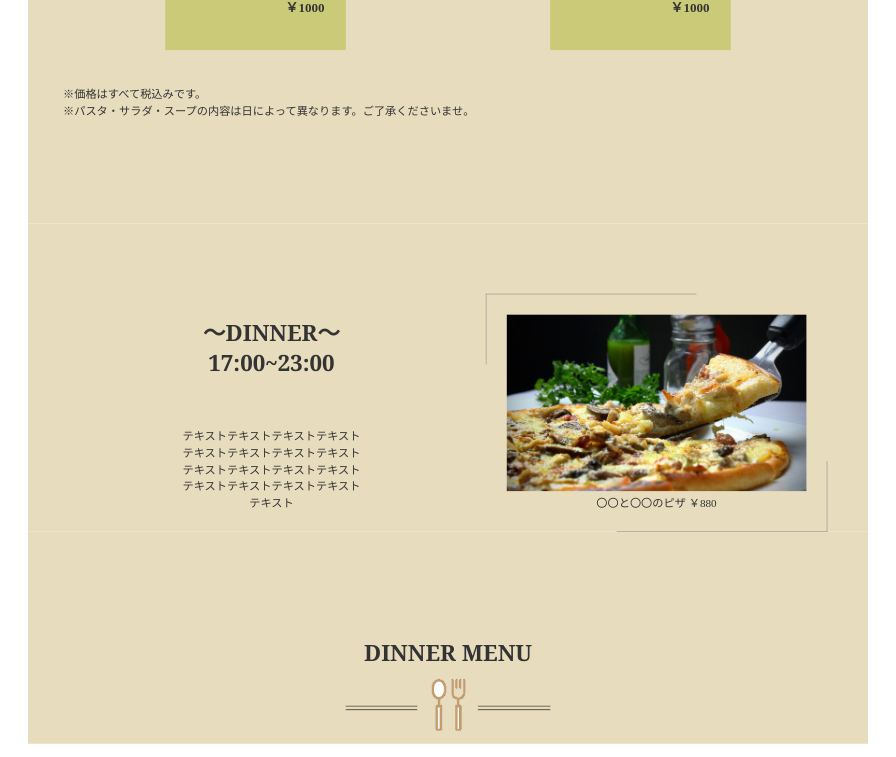
Repository: konatsu-0806/demo-site
Page: FromFigma/index.html
An editor plug-in stored every save of this project. The page is shown before and after the next save, followed by the edit.
The browser window is 1280 px wide. The pictures show the part of the page from y = 2581 to 4501 px (the page is 3662 px tall before and 4501 px after), at 70% of full size.

Above is the page before, as saved 2023-02-13 16:55:17.

### FromFigma/index.html
<!DOCTYPE html>
<html lang="ja">

<head>
  <meta charset="UTF-8">
  <meta name="viewport" content="width=device-width, initial-scale=1.0">
  <meta http-equiv="X-UA-Compatible" content="ie=edge">
  <link rel="stylesheet" href="css/style.css">
  <title>demosite</title>
</head>

<body>
  <header class="header_bg">
    <div class="header_contents">
      <h1>Restaurant</h1>
      <div class="responsive_btn">
        <div class="menu_line"></div>
        <div class="menu_line"></div>
        <div class="menu_line"></div>
      </div>
      <nav class="header_nav">
        <ul class="header_nav_lists">
          <li><a class="nav_link" href="">HOME</a></li>
          <li><a class="nav_link" href="">LUNCH</a></li>
          <li><a class="nav_link" href="">DINNER</a></li>
          <li><a class="nav_link" href="">ACCESS</a></li>
          <li><a class="nav_link" href="">CONTACT</a></li>
        </ul>
      </nav>
    </div>
  </header>
  <script src="js/master.js"></script>

  <div class="main_visual">
   <img src="img/mgg-vitchakorn-98Xi5vMGKck-unsplash.jpg" alt="">
  </div>

  <div class="intro_bg">
    <div class="intro_contents">
        <div class="intro_img">
            <img src="img/pratik-gupta-gyt0s3wR1YM-unsplash.jpg" alt="">
        </div>
        <div class="intro_sentence">
            <p class="text-center">
              イタリアンレストラン「〇<br />
              〇（店名）」は令和2年3月<br />
              に〇〇（所在）にてオープン<br />
              いたしました。
            </p>
            <p class="text-center">
              当店の自慢はなんといって<br />
              もシェフこだわりの生パスタ<br />
              でございます。<br />
            </p>
            <p class="text-center">
              生パスタは水分が多く含ま<br />
              れており、もちもちとした食<br />
              感が特徴的で、本場イタリア<br />
              でよく食べられているパスタ<br />
              です。
            </p>
            <p class="text-center">
              本場イタリアの生パスタを<br />
              研究し尽くしたシェフ自慢の<br />
              パスタを是非一度ご賞味くだ<br />
              さい。
            </p>
        </div>
    </div>
</div>

<div class="lunch">
  <div class="lunch_contents">
    <div class="lunch_intro">
      <h1>～LUNCH～<br />
        10:00~15:00（日・祝を除く）
      </h1>
      <p class="text-center">当店では平日と土曜日のみランチ<br />
        タイムの営業を行っております。
      </p>
      <p class="text-center">ランチタイムは、当店自慢のもち<br />
        もちの生パスタと、ドリンク・サラ<br />
        ダ・スープ付のセットとドリンク・<br />
        ガーリックトースト・スープ付セッ<br />
        トの2種類がございます。
      </p>
      <p class="text-center">パスタは和風と洋風の２種類をご<br />
        用意しております。
      </p>
    </div>
    <div class="lunch_img">
      <img src="img/fresh-pasta-g68aa8d9f2_1920.jpg" alt="">
    </div>
  </div>
  </div>
  <div class="lunch_menu">
    <h1>LUNCH MENU</h1>
    <div class="cutlery"><img src="img/無題11_20221128200219.png" alt=""></div>
    <div class="menu_set">
      <div class="a_set">
       <h2>Aセット</h2>
        <ul>
          <li>・生パスタ（和風 or 洋風）</li>
          <li>・サラダ</li>
          <li>・スープ</li>
          <li>・ドリンク</li>
        </ul>
        <h3>￥1000</h3>
      </div>
      <div class="b_set">
        <h2>Bセット</h2>
        <ul>
          <li>・生パスタ（和風 or 洋風）</li>
          <li>・ガーリックトースト</li>
          <li>・スープ</li>
          <li>・ドリンク</li>
        </ul>
        <h3>￥1000</h3>
      </div>
    </div>
      <p>※価格はすべて税込みです。<br />
      ※パスタ・サラダ・スープの内容は日によって異なります。ご了承くださいませ。
      </p>
  </div>

  <div class="dinner">
    <div class="dinner_contents">
      <div class="dinner_intro">
        <h1>～DINNER～<br />
          17:00~23:00
        </h1>
        <p>テキストテキストテキストテキスト<br />
          テキストテキストテキストテキスト<br />
          テキストテキストテキストテキスト<br />
          テキストテキストテキストテキスト<br />
          テキスト<br />
        </p>
      </div>
      <div class="dinner_img">
        <img src="img/pizza-gac0f3843a_1280.jpg" alt="">
        <p>〇〇と〇〇のピザ  ￥880</p>
      </div>
    </div>
  </div>
  <div class="dinner_menu">
    <h1>DINNER MENU</h1>
    <div class="cutlery"><img src="img/無題11_20221128200219.png" alt=""></div>
  </div>
  <div class="dish1">
    <img src="" alt="">
  </div>
</body>

</html>

### FromFigma/css/style.css
/* Reset style */
* {
    margin: 0;
    padding: 0;
    box-sizing: border-box;
    list-style: none;
    text-decoration: none;
    color: #333;
}

/* Normal header style */
.header_bg {
    width: 100%;
    height: 80px;
}

.header_contents {
    width: 100%;
    max-width: 1024px;
    height: 100%;
    margin: 0 auto;
    display: flex;
    justify-content: space-between;
    align-items: center;
}

.header_contents h1 {
    font-size: 22px;
    margin: 0 0 0 40px;
}

.header_nav_lists {
    display: flex;
}

.header_nav_lists li {
    margin: 0 40px 0 0;
}

.nav_link {
    font-size: 18px;
}

/* Responsive menu button */
.responsive_btn {
    display: none;
    flex-direction: column;
    align-items: center;
    justify-content: center;
    width: 32px;
    height: 32px;
    margin: 0 40px 0 0;
    cursor: pointer;
    position: relative;
    z-index: 10;
}

.menu_line {
    background-color: #333;
    border-radius: 5px;
    width: 100%;
    height: 5px;
    margin: 4px 0;
}

/* Reaponsive style */
@media screen and (max-width: 768px) {
    .responsive_btn {
        display: flex;
    }

    .header_bg {
        position: relative;
    }

    .header_nav {
        background-color: white;
        width: 100%;
        height: 100vh;
        padding: 80px 0 0 0;
        position: absolute;
        top: 0;
        right: -100%;
        transition: .5s;
    }

    .header_nav_lists {
        display: block;
        text-align: center;
    }

    .header_nav_lists li {
        margin: 0 0 40px;
        text-align: center;
    }

    .nav_link {
        font-size: 20px;
    }
}

/* js function "menuToggle" starting only */
.menu_active {
    right: 0;
  }

/* 1st pic */
img {
    width: 100%;
}

.main_visual {
    padding: 0 50px;
    margin: auto;
    max-width: 1200px;
}

/* contents */
.intro_bg {
    width: 100%;
    max-width: 1200px;
    margin: auto;
    padding: 120px 50px 30px 70px;
}
.contents img {
    width: 100%;
}
.text-center {
    text-align: center;
}
.intro_contents {
    display: flex;
}
.intro_img {
    width: 55%;
    margin: auto;
    box-shadow: -30px -30px 1px 1px rgba(0, 0, 0, 0.7);
}
.lunch_img {
    position: relative;
    padding:30px;
}
.lunch_img:before,.lunch_img:after{
    content:'';
    width: 300px;
    height: 100px;
    position: absolute;
    display: inline-block;
}
.lunch_img:before{
    border-left: solid 1px rgb(158, 154, 154);
    border-top: solid 1px rgb(158, 154, 154);
    top: 0px;
    left: 0;
}
.lunch_img:after{
    border-right: solid 1px rgb(158, 154, 154);
    border-bottom: solid 1px rgb(158, 154, 154);
    bottom:0;
    right: 0;
}
.lunch_img img {
    margin: 0;
    padding: 0;
}
.intro_sentence {
    width: 45%;
    margin: auto .5rem;
}
@media screen and (max-width: 767px) {
    .intro_contents {
        display: block;
    }
    .intro_contents .intro_img {
        width: 100%;
        margin: 0 auto;
    }
    .intro_contents .intro_sentence {
        width: 100%;
        margin: 0 auto;
    }
}

/* lunch */
.lunch {
    width: 100%;
    max-width: 1200px;
    margin: auto;
    padding: 100px 50px 0px 50px;
    background-color: #e8dcbe;
}
.lunch img {
    width: 100%;
}
.text-center {
    text-align: center;
}
.lunch_contents {
    display: flex;
}
.lunch_intro {
    width: 55%;
    margin: auto;
}
.lunch_img {
    width: 45%;
    margin: auto .5rem;
    padding-top: 20px;
}

.lunch h1 {
    text-align: center;
    font-family: Georgia, serif;
    margin-bottom: 70px;
}

@media screen and (max-width: 767px) {
    .lunch_contents {
        display: block;
    }
    .lunch_contents .lunch_intro {
        width: 100%;
        margin: 0 auto;
    }
    .lunch_contents .lunch_img {
        width: 100%;
        margin: 0 auto;
    }
}
/* lunch menu */
.lunch_menu {
    width: 100%;
    max-width: 1200px;
    margin: auto;
    padding: 150px 50px 0px 50px;
    background-color: #e8dcbe;
}
.lunch_menu h1 {
    text-align: center;
    font-family: Georgia, serif;
}
.lunch_menu img {
    width: 40%;
}
.cutlery {
    text-align: center;
}
.menu_set {
    display: flex;
    justify-content: space-around;
    margin-top: 100px;
}
.a_set {
    background-color: #cbca78;
    padding: 50px 30px ;
}
.a_set h2 {
    font-family: Georgia, serif;
    padding-bottom: 30px;
    text-align: center;
}
.a_set h3 {
    padding-top: 30px;
    text-align: right;
}
.b_set {
    background-color: #cbca78;
    padding: 50px 30px ;
}
.b_set h2 {
    font-family: Georgia, serif;
    padding-bottom: 30px;
    text-align: center;
}
.b_set h3 {
    padding-top: 30px;
    text-align: right;
}
.lunch_menu p {
    padding: 50px 0px 150px 0px;
}
@media screen and (max-width: 767px) {
    .menu_set {
        display: block;
    }
    .a_set {
        margin-bottom: 20px;
    }
    .menu_set li {
        padding-left: 80px;
    }
}
/* dinner */
.dinner {
    width: 100%;
    max-width: 1200px;
    margin: auto;
    padding: 100px 50px 0px 50px;
    background-color: #e8dcbe;
}
.dinner img {
    width: 100%;
}
.dinner p {
    text-align: center;
}
.dinner_contents {
    display: flex;
}
.dinner_intro {
    width: 55%;
    margin: auto;
}
.dinner_img {
    width: 45%;
    margin: auto .5rem;
    padding-top: 20px;
}

.dinner h1 {
    text-align: center;
    font-family: Georgia, serif;
    margin-bottom: 70px;
}
.dinner_img {
    position: relative;
    padding:30px;
}
.dinner_img:before,.dinner_img:after{
    content:'';
    width: 300px;
    height: 100px;
    position: absolute;
    display: inline-block;
}
.dinner_img:before{
    border-left: solid 1px rgb(158, 154, 154);
    border-top: solid 1px rgb(158, 154, 154);
    top: 0px;
    left: 0;
}
.dinner_img:after{
    border-right: solid 1px rgb(158, 154, 154);
    border-bottom: solid 1px rgb(158, 154, 154);
    bottom:0;
    right: 0;
}
.dinner_img img {
    margin: 0;
    padding: 0;
}

@media screen and (max-width: 767px) {
    .dinner_contents {
        display: block;
    }
    .dinner_contents .dinner_intro {
        width: 100%;
        margin: 0 auto;
    }
    .dinner_contents .dinner_img {
        width: 100%;
        margin: 0 auto;
    }
}
/* dinner menu */
.dinner_menu {
    width: 100%;
    max-width: 1200px;
    margin: auto;
    padding: 150px 50px 0px 50px;
    background-color: #e8dcbe;
}
.dinner_menu h1 {
    text-align: center;
    font-family: Georgia, serif;
}
.dinner_menu img {
    width: 40%;
}
.cutlery {
    text-align: center;
}

### FromFigma/js/master.js
const responsive_menu_btn = document.querySelector('.responsive_btn');
responsive_menu_btn.addEventListener('click', menuToggle);

function menuToggle() {
  const header_menu_detail = document.querySelector('.header_nav');
  header_menu_detail.classList.toggle('menu_active');
}

After the next save:
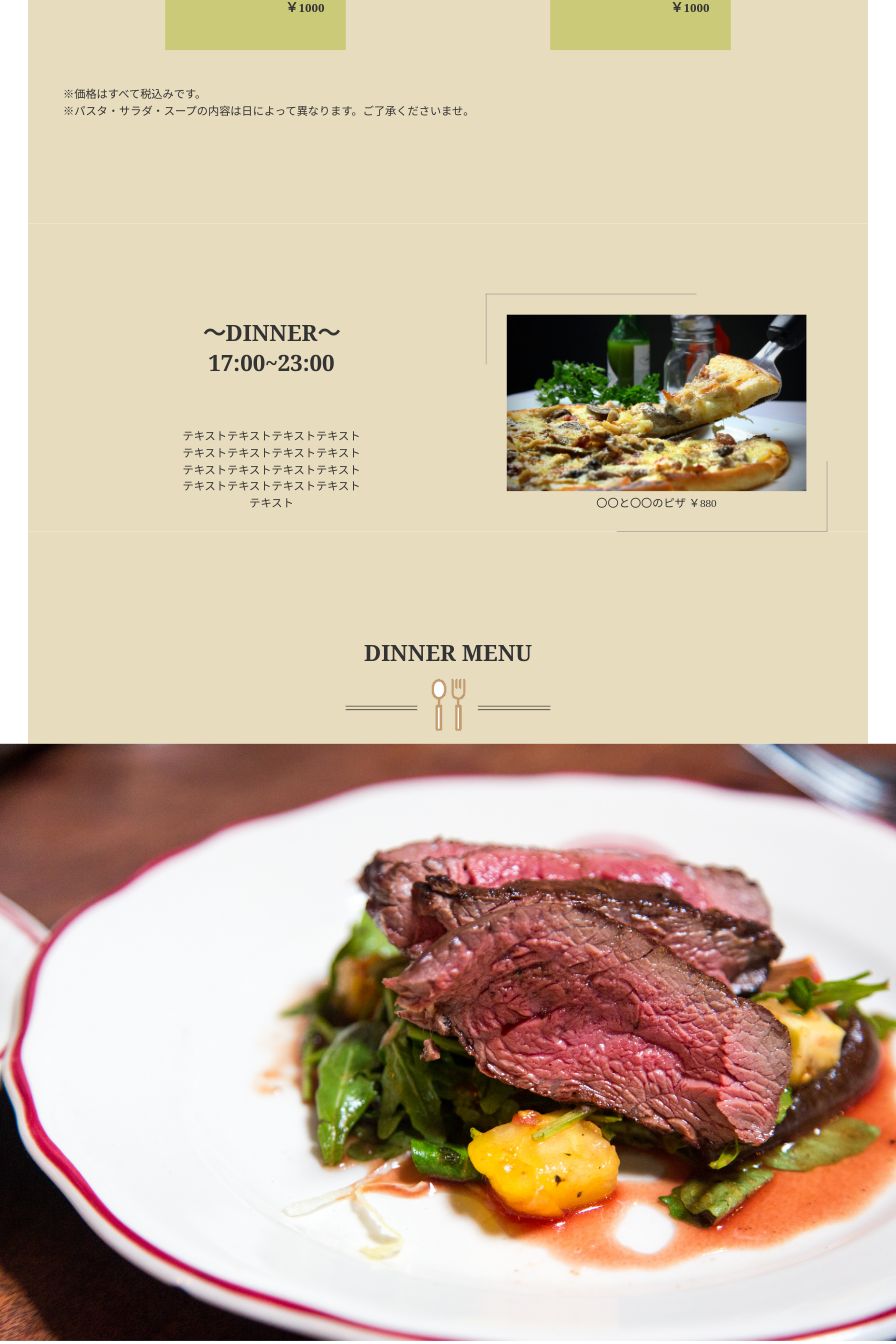
Saved 16 s later.
--- a/FromFigma/index.html
+++ b/FromFigma/index.html
@@ -147,7 +147,7 @@
     <div class="cutlery"><img src="img/無題11_20221128200219.png" alt=""></div>
   </div>
   <div class="dish1">
-    <img src="" alt="">
+    <img src="img/jason-leung-O67LZfeyYBk-unsplash.jpg" alt="">
   </div>
 </body>
 
